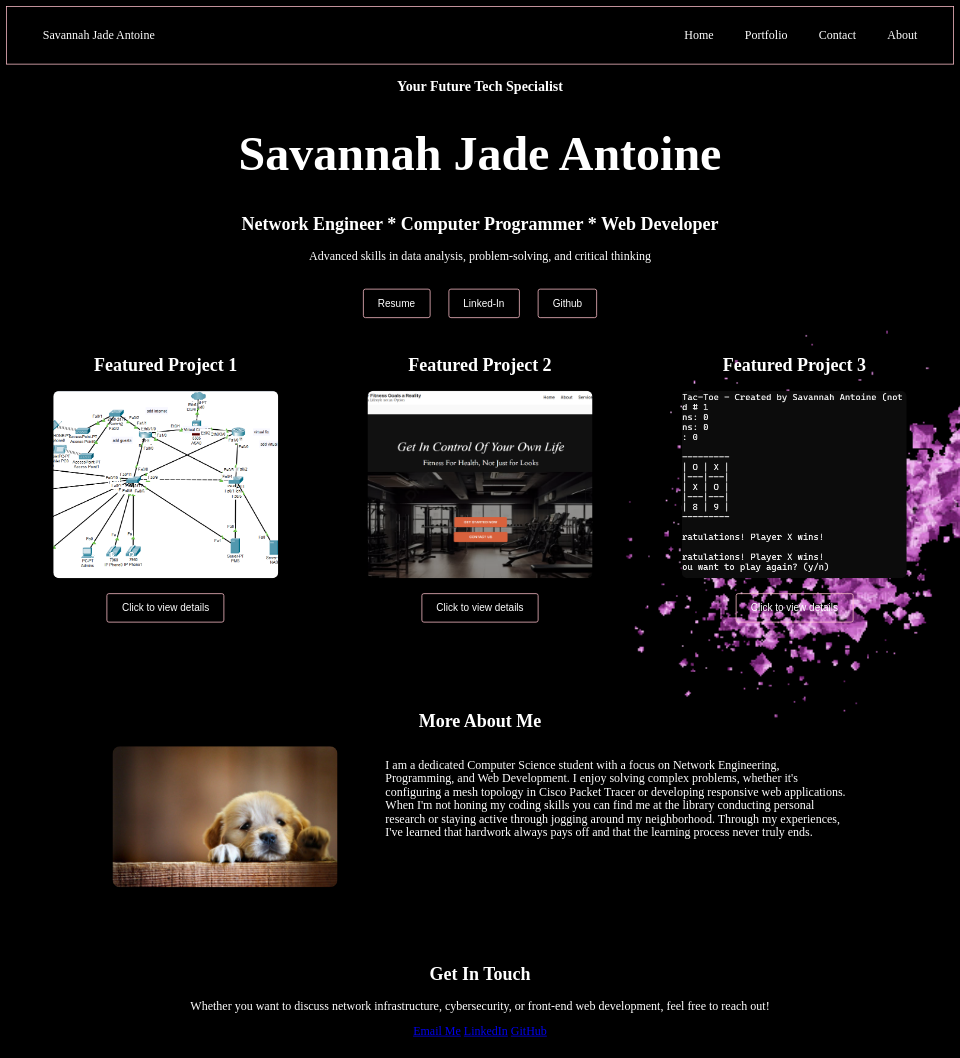
Repository: Savannah-Antoine/Savannah-Antoine
Page: index.html
The author's editor kept a copy of each file at every save. The page is drawn from the files as they stood at one save, then again after the next save.
The browser window is 1280 px wide. The pictures show the whole page, at 75% of full size.

Above is the page before, as saved 2026-05-16 01:37:20.

### index.html
<!DOCTYPE html>
<html lang="en">
<head>
    <meta charset="UTF-8">
    <meta name="viewport" content="width=device-width, initial-scale=1.0">
    <link rel = "stylesheet" href = "./styles/index.css" />
    <link rel = "stylesheet" href = "./styles/globals.css" />
    <title>Savannah Jade Antoine Portfolio</title>
</head>
<body>
<header>
    <nav>
        <ul class = "homeButton">
           <li><a href = "index.html">Savannah Jade Antoine</a></li>
        </ul>
        <ul class = "navigation">
  <li><a href="index.html">Home</a></li>
  <li><a href="#PortfolioSection">Portfolio</a></li>
  <li><a href="#ContactMe">Contact</a></li>
  <li><a href="#AboutMe">About</a></li>
</ul>

</nav>
<h3>Your Future Tech Specialist</h3>
<h1> Savannah Jade Antoine</h1>
<h2>Network Engineer * Computer Programmer * Web Developer</h2>
<p> Advanced skills in data analysis, problem-solving, and critical thinking</p>
<div class = "infoButtons">
<a href = "Savannah Jade Resume (1).pdf"><button>Resume</button></a>
<a href = "www.linkedin.com/in/savannah-antoine-ab0756390" target ="_blank"><button>Linked-In</button></a>
<button>Github</button>
</div>

</header>
<main class = "container">
<section id = "PortfolioSection" class = "project-card">

<h2>Featured Project 1</h2>
<img src = "./assets/images/Project1.png" alt = "First Portfolio placeholder image" />
<p><a href = "./pages/project-name-1.html"><button>Click to view details</button></a>
</section>


<section class = "project-card">
<h2>Featured Project 2</h2>
<img src = "./assets/images/Project2.png" alt = "Second Portfolio placeholder image" />
<p><a href = "./pages/project-name-2.html"><button>Click to view details</button></a>
</section>
<section class = "project-card">
<h2>Featured Project 3</h2>
<img src = "./assets/images/Project3.png" alt = "Third Portfolio placeholder image" />
<p><a href = "./pages/project-name-3.html"><button>Click to view details</button></a>
</section>

<section id = "AboutMe">
<h2>More About Me</h2>
<div  class = "aboutMe"> <img src = "./assets/images/profilepic.jpg" alt = "profile picture" />

<p>I am a dedicated Computer Science student with a focus on Network Engineering, Programming, and Web Development.
I enjoy solving complex problems, whether it's configuring a mesh topology in Cisco Packet Tracer or developing responsive web applications.
When I'm not honing my coding skills you can find me at the library conducting personal research or staying active through jogging around my neighborhood.
Through my experiences, I've learned that hardwork always pays off and that the learning process never truly ends.
</P>
</div>
</section>

<section id="ContactSection" class="contact-container">
    <h2>Get In Touch</h2>
    <p>Whether you want to discuss network infrastructure, cybersecurity, or front-end web development, feel free to reach out!</p>

    <div class="contact-methods">
        <a href="mailto:savannahjadeantoine@gmail.com" class="contact-btn">Email Me</a>
        <a href="https://linkedin.com/in/yourprofile" target="_blank" class="contact-btn">LinkedIn</a>
        <a href="https://github.com/yourusername" target="_blank" class="contact-btn">GitHub</a>
    </div>
</section>



</main>

</body>
</html>

### styles/index.css
.container{
  display: flex;
    flex-direction: column;
    align-items: center;
    gap: 2rem;
    padding: 1.2rem;

}
#AboutMe{
  text-align: center;
  justify-content: center;


}
.aboutMe{
    display: flex;
    flex-direction: column;      /* Side-by-side */
    align-items: center;
    text-align: left;       /* Vertically centers image and text */
    gap: 2rem;
}





body h1{
    font-size: 2.5rem;

}

img{
    width: 100%;
    max-width: 400px;
    height: auto;
}

### styles/globals.css
body {
    background-color: black;
  background-image: url(/assets/images/background-pic.gif);
  background-repeat: no-repeat;
  background-size: cover;
  color: white;
  font-size: 1rem;
  text-align: center;
}

.homeButton{
  order: -1;
  list-style-type: none;
  margin: 0;
  padding: 0;
  display: flex;
  justify-content: left;

}

.navigation {
    display: grid;
    grid-template-columns: repeat(2, 1fr);
    gap: 0.6rem;
    text-align: right;
}




nav {
    display: flex;
    justify-content: space-between;
    align-items: center;
    padding: 1rem 2rem;

    border: 0.1rem solid pink;
    cursor: pointer;


}



nav ul {
    display: flex;
    list-style: none;
    gap: 1rem;
    margin: 0;
    padding: 0;
}
button {
    padding: 0.7rem 1.2rem;
    background-color: transparent;
    color: white;
    border: 0.1rem solid pink;
    cursor: pointer;
    transition: all 0.3s ease;
    border-radius: 0.2rem;
    gap: 1rem;
}
button:hover {
    background-color: pink;
    color: rgb(31, 1, 31);
    transform: translateY(-3px);
    box-shadow: 0 0.3rem 1rem rgba(255, 255, 255, 0.3);
}

.infoButtons {
    display: flex;
    justify-content: center;
    gap: 1.5rem;
    margin-top: 1.4rem;
    min-width: 100px;
    padding: 0.7rem 0.9rem;
}

li a {
  display: block;
  color: white;
  padding: 0.8rem 1rem;
  text-decoration: none;
}

ul li a:hover {
 background-color: pink;
  color: rgb(31, 1, 31);
  box-shadow: 0 0.5rem 0.9rem rgba(255, 255, 255, 0.3)
}

h1{

  font-size: 4rem;
}

@media screen and (min-width: 768px)
{




    #AboutMe img {
        width: 300px;
        border-radius: 10px;
    }
   body h1 {
        font-size: 4rem;
    }
    .container {
        flex-direction: row;
        flex-wrap: wrap;
        align-items: flex-start;
        justify-content: space-around;
    }
    .project-card {
        width: 30%;
        width:300px;
        min-width: 250px;
        text-align: center;
    }
    .project-card img{
       width: 100%;
    height: 250px;
    object-fit: cover;
    object-position: top;
    border-radius: 0.5rem;


    }


    .navigation{
        display:flex;
    }

}


@media screen and (min-width: 1000px)
{
    .container {
        margin: 0 auto;
    }
    .aboutMe {
        flex-direction: row;
        justify-content: center;
        align-items: flex-start;
        text-align: left;
        gap: 4rem;

    }
    #AboutMe
    {
        padding: 50px 10%;
        text-align: center;
        align-items:center;
        justify-content: center;
      max-width: 1000px;
    }

}

After the next save:
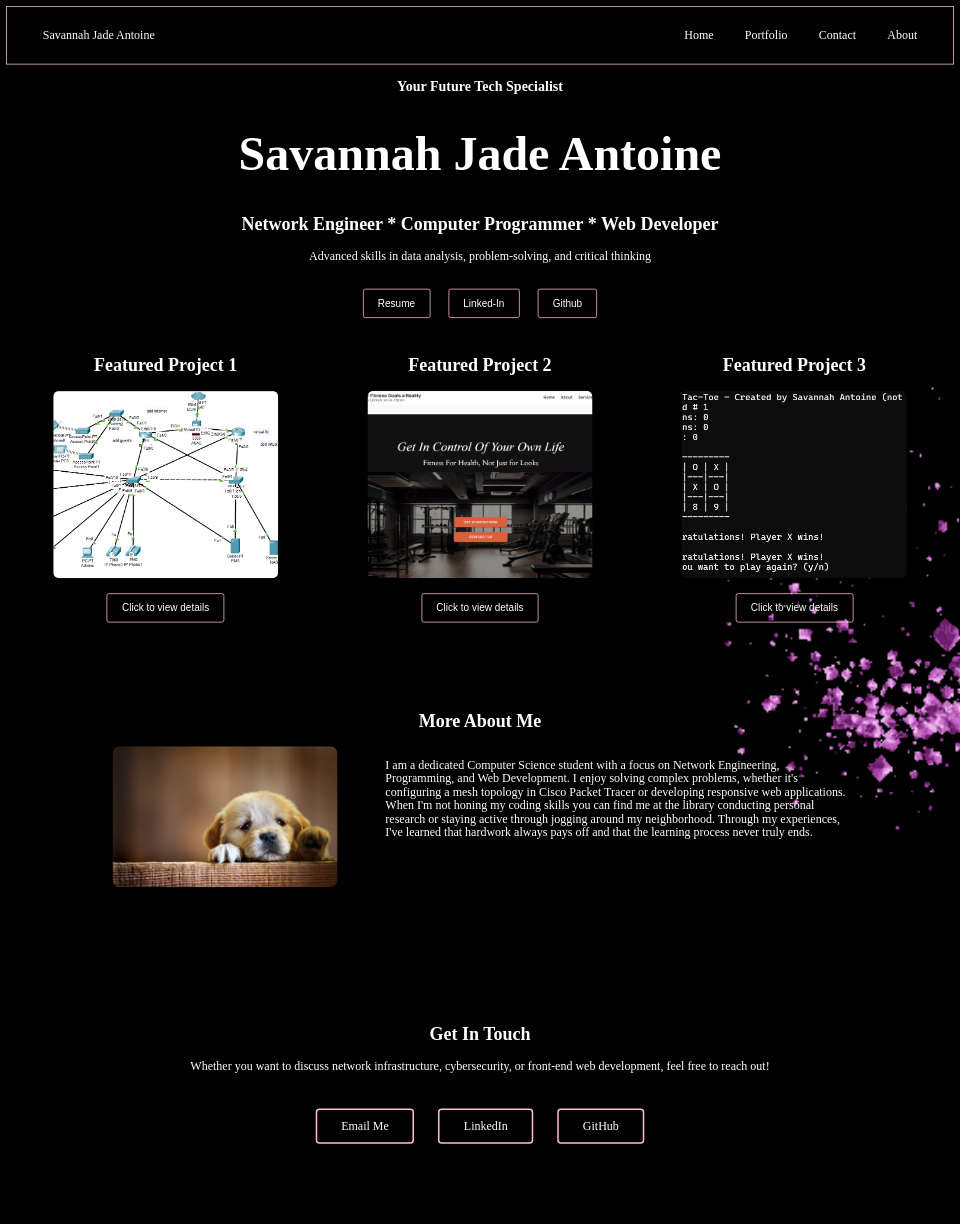
Saved 2 min 20 s later.
--- a/styles/index.css
+++ b/styles/index.css
@@ -34,3 +34,30 @@ img{
     max-width: 400px;
     height: auto;
 }
+.contact-container {
+    text-align: center;
+    padding: 5rem 10%;
+}
+
+.contact-methods {
+    display: flex;
+    justify-content: center;
+    gap: 2rem;
+    margin-top: 3rem;
+}
+
+.contact-btn {
+    display: inline-block;
+    padding: 0.8rem 2rem;
+    border: 2px solid pink; /* Your purple theme color */
+    color: #fff;
+    text-decoration: none;
+    border-radius: 5px;
+    transition: all 0.3s ease;
+}
+
+.contact-btn:hover {
+    background-color: #b388ff;
+    color: #000; /* Inverts text color on hover for high contrast */
+    transform: translateY(-3px); /* Subtle float effect */
+}
